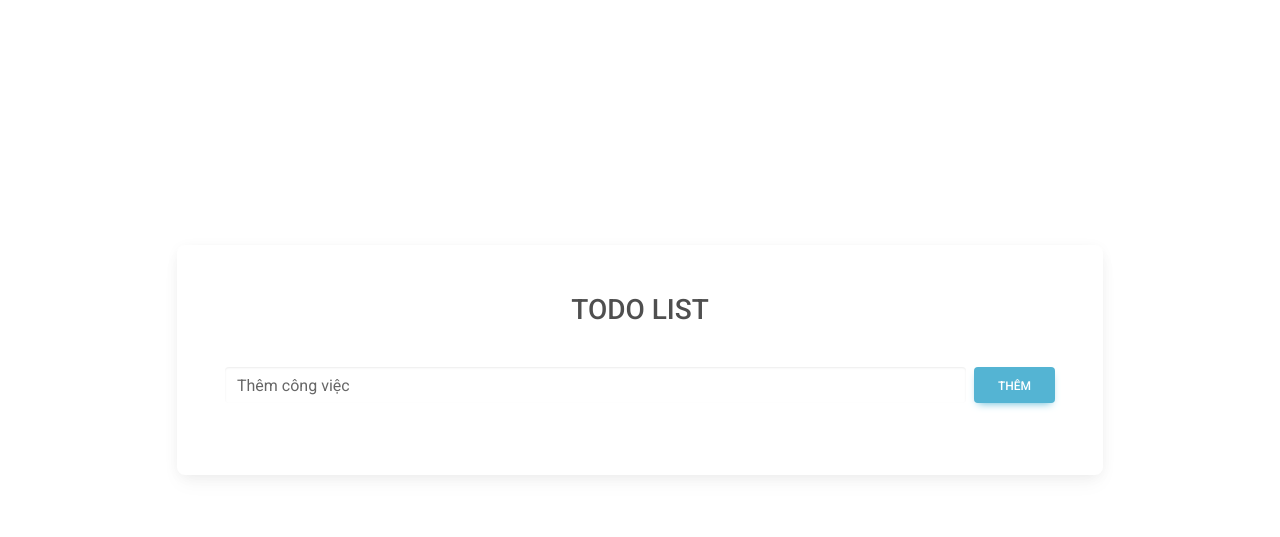
Repository: TinhTT336/MD02_HACKATHON01_HN_JV230620_BS_TranThiTinh_Basic
Page: /
The author's editor kept a copy of each file at every save. The page is drawn from the files as they stood at one save, then again after the next save.
The browser window is 1280 px wide. The pictures show the whole page.
Some web libraries are served in a nearby version. The project was rebuilt for these pictures with package versions that can differ from the ones it lists, and the page was loaded fresh each time. Also part of the build but not shown: vite.config.js, src/App.css, src/index.css.

Above is the page before, as saved 2023-09-05 10:06:17.

After the next save:
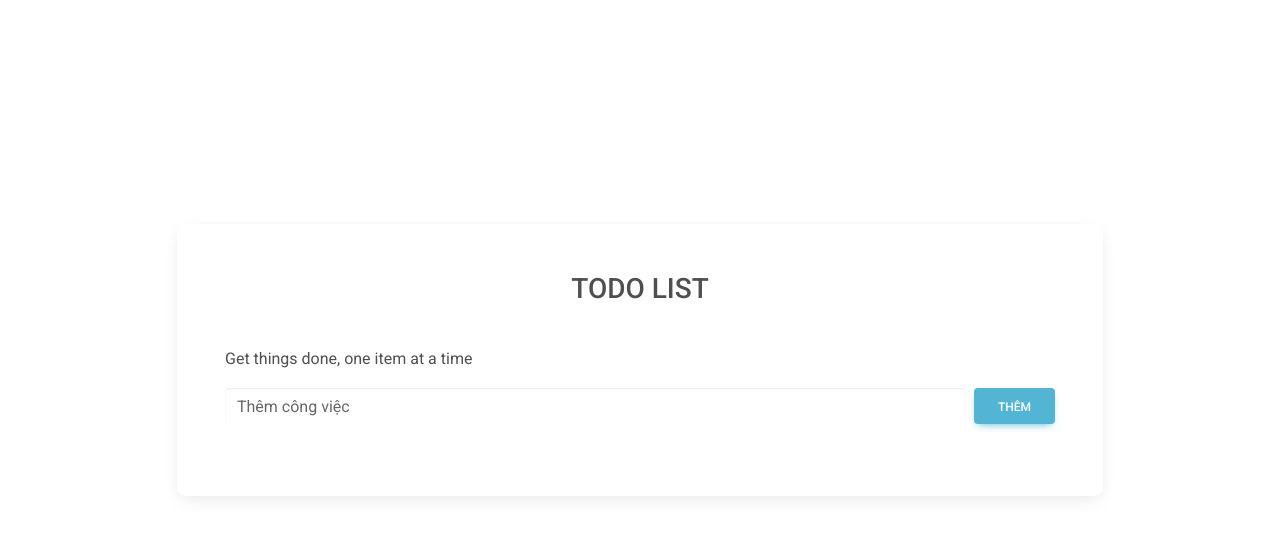
Saved 116 s later.
--- a/src/TodoList/Header.jsx
+++ b/src/TodoList/Header.jsx
@@ -15,6 +15,7 @@ export default function Header() {
                                     <h3 style={{ textAlign: "center", marginBottom: 40 }}>
                                         TODO LIST
                                     </h3>
+                                    <p>Get things done, one item at a time</p>
                                     <form
                                         className="d-flex justify-content-center
                               align-items-center mb-4"
